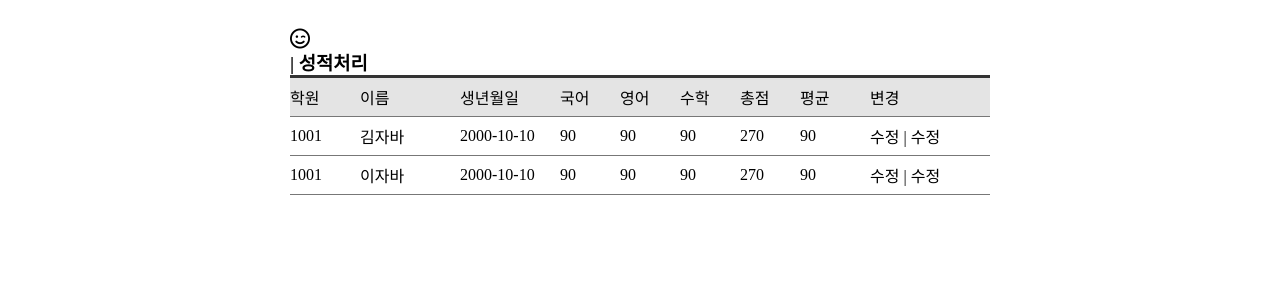
Repository: marudaga/html-css-lecture
Page: work/study/src/main/webapp/htmlEx/ch04/ex07.html
The author's editor kept a copy of each file at every save. The page is drawn from the files as they stood at one save, then again after the next save.
The browser window is 1280 px wide. The pictures show the whole page.
Some icons come from a web library that is not loaded, so they are not drawn. Some web libraries are served in a nearby version.

Above is the page before, as saved 2022-09-07 06:46:20.

### work/study/src/main/webapp/htmlEx/ch04/ex07.html


<!DOCTYPE html>
<html>
<head>
<meta charset="UTF-8">
<title>Insert title here</title>
<style type="text/css">
*{ margin: 0; padding: 0;}
body{
	font-family:
	font-size:14px;
}

a{
	color: #000; text-decoration: none; cursor: pointer;
}

a:active, a:hover { text-decoration: underline; color: pink; }

.body-container {width: 700px; margin: 30px auto;}

.table{width: 100% ;border-spacing: 0; border-collapse: collapse;}

.table tr{ border-bottom: 1px solid #777;}
.table thead tr:first-child {
	border-top: 3px solid #333;
	background: #e4e4e4;
}
.table th, .table td {
	padding: 7px 0;
}
</style>
</head>
<body>

	<div class="body-container">
	<i class="far fa-smile-wink fa-lg"></i>
	<i class="far-solid fa-user fa-lg"></i>
		<div class="title">
			<h3>
				<span>|</span> 성적처리
			</h3>
		</div>

		<table class="table">
			<thead>
				<tr>
					<td width="70px;">학원</td>
					<td width="100px;">이름</td>
					<td width="100px;">생년월일</td>
					<td width="60px;">국어</td>
					<td width="60px;">영어</td>
					<td width="60px;">수학</td>
					<td width="60px;">총점</td>
					<td width="70px;">평균</td>
					<td>변경</td>
				</tr>
			</thead>
			<tbody>
				<tr>
					<td>1001</td>
					<td>김자바</td>
					<td>2000-10-10</td>
					<td>90</td>
					<td>90</td>
					<td>90</td>
					<td>270</td>
					<td>90</td>
					<td><a href="#">수정</a> | <a href="#">수정</a></td>
				</tr>
				<tr>
					<td>1001</td>
					<td>이자바</td>
					<td>2000-10-10</td>
					<td>90</td>
					<td>90</td>
					<td>90</td>
					<td>270</td>
					<td>90</td>
					<td><a href="#">수정</a> | <a href="#">수정</a></td>
				</tr>
			</tbody>
		</table>
	</div>
	 <script src="https://kit.fontawesome.com/f071e38faa.js" crossorigin="anonymous"></script>
</body>
</html>

After the next save:
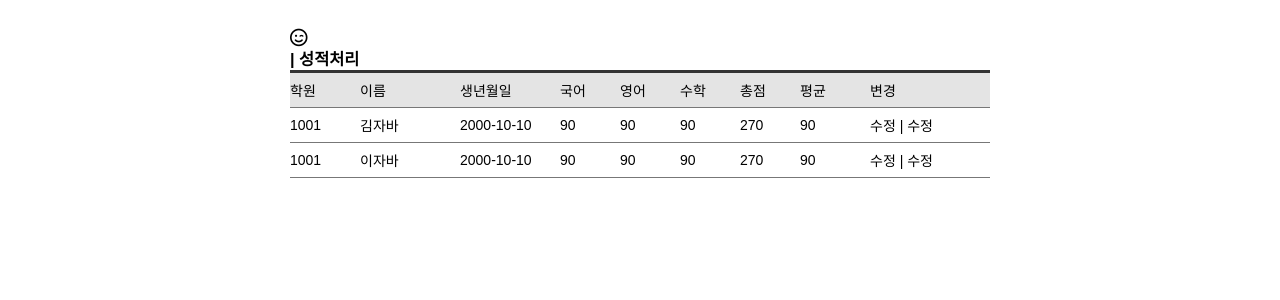
Saved 116 s later.
--- a/work/study/src/main/webapp/htmlEx/ch04/ex07.html
+++ b/work/study/src/main/webapp/htmlEx/ch04/ex07.html
@@ -5,10 +5,12 @@
 <head>
 <meta charset="UTF-8">
 <title>Insert title here</title>
+<script src="https://kit.fontawesome.com/f071e38faa.js" crossorigin="anonymous"></script>
+
 <style type="text/css">
 *{ margin: 0; padding: 0;}
 body{
-	font-family:
+	font-family:sans-serif;
 	font-size:14px;
 }
 
@@ -36,7 +38,6 @@ a:active, a:hover { text-decoration: underline; color: pink; }
 
 	<div class="body-container">
 	<i class="far fa-smile-wink fa-lg"></i>
-	<i class="far-solid fa-user fa-lg"></i>
 		<div class="title">
 			<h3>
 				<span>|</span> 성적처리
@@ -83,6 +84,5 @@ a:active, a:hover { text-decoration: underline; color: pink; }
 			</tbody>
 		</table>
 	</div>
-	 <script src="https://kit.fontawesome.com/f071e38faa.js" crossorigin="anonymous"></script>
-</body>
+	 </body>
 </html>
